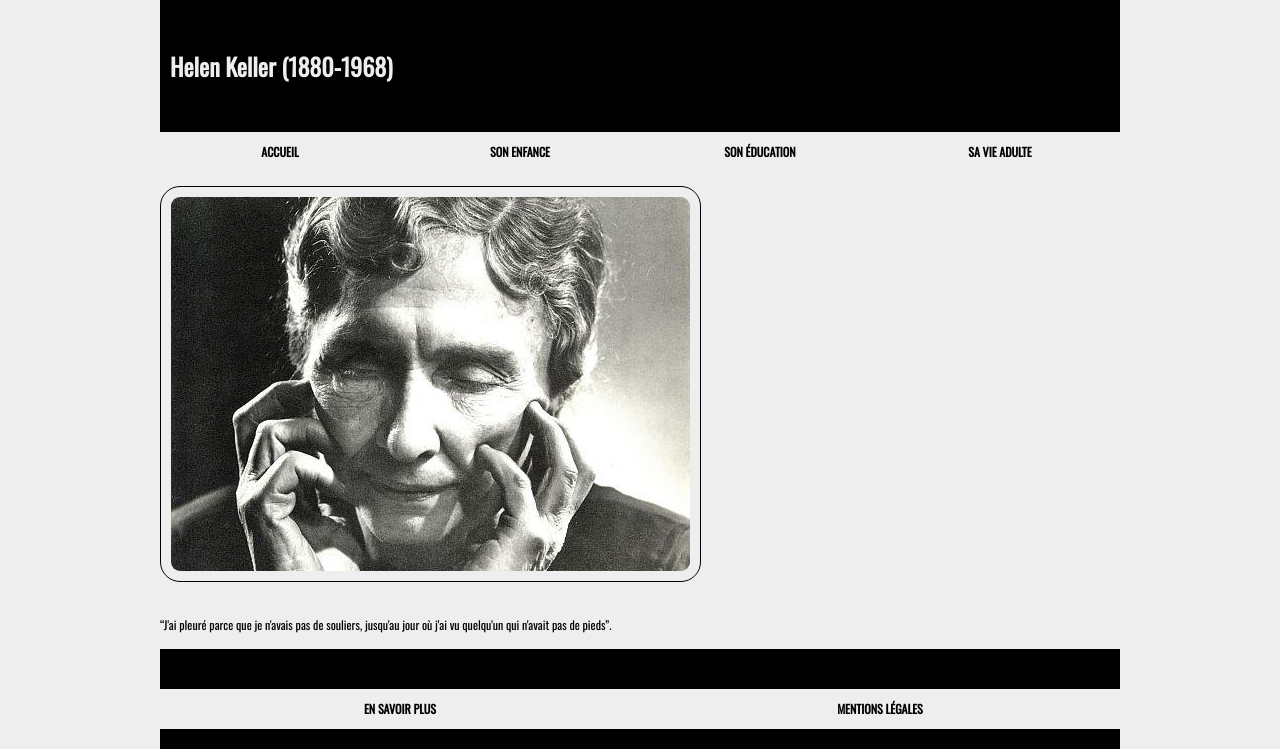
Repository: Luc010/Exercices
Page: HTML CSS/biographie_helen_keller/index.html
An editor plug-in stored every save of this project. The page is shown before and after the next save, followed by the edit.
The browser window is 1280 px wide. The pictures show the whole page.

Above is the page before, as saved 2019-09-04 16:37:51.

### HTML CSS/biographie_helen_keller/index.html
<!DOCTYPE html>
<html lang="fr">
<head>
    <title>Biographie Helen Keller - Accueil</title>
    <meta charset="UTF-8">
    <meta name="viewport" content="width=device-width, initial-scale=1.0">
    <meta http-equiv="X-UA-Compatible" content="ie=edge">
    <link href="style.css" rel="stylesheet">
</head>
<body>
    <header>
        <div class="container">
            <h1>Helen Keller (1880-1968)</h1>
        </div>
    </header>
    <nav>
        <ul>
            <li><a href="index.html">Accueil</a></li>
            <li><a href="enfance.html">Son enfance</a></li>
            <li><a href="education.html">Son éducation</a></li>
            <li><a href="adulte.html">Sa vie adulte</a></li>
        </ul>
    </nav>
    <main>
        <div class="container">
            <p><img src="img/hk.jpg" alt="helen Keller portrait"></p>
            <p>“J'ai pleuré parce que je n'avais pas de souliers, jusqu'au jour où j'ai vu quelqu'un qui n'avait pas de
                pieds”.
            </p>
        </div>
    </main>
    <footer>
        <div class="container">
            <!-- ul>li*5>a{lien$} -->
            <ul>
                <li class="m-foot"><a href="savoirplus.html">En savoir plus</a></li>
                <li class="m-foot"><a href="mentions.html">Mentions légales</a></li>
            </ul>
        </div>
    </footer>
</body>
</html>

### HTML CSS/biographie_helen_keller/style.css
@import url('https://fonts.googleapis.com/css?family=Oswald&display=swap');
body{
    margin: 0;
    padding: 0;
    background-color: #eee;
    font-size: 12px;
    font-family: 'Oswald',corbel,calibri,sans-serif;
}
header, footer{
    background-color: black;
    width: 960px;
    min-height: 100px;
    line-height: 100px;
    margin-left: auto;
    margin-right: auto;
}
h1{
    color: #eee;
    text-indent: 10px;
}
h2{
    color: grey;
    border-bottom: 1px solid black;
}
p{
    /* Pourcentage plus simple à gérer, interligne (utilité: bcp de text) */
    line-height:200%;
}
img{
    border: 1px solid black;
    border-radius: 20px;
    padding: 10px;
}
.container {
    display: flex;
    flex-direction: column;
    width: 960px;
    margin-left: auto;
    margin-right: auto;
}
nav {
    min-height: 40px;
    position: sticky;
    top: 0;
    width: 960px;
    margin-left: auto;
    margin-right: auto;
}
ul, li {
    margin: 0;
    padding: 0;
    list-style: none;
}
ul {
    display: flex;
}
li {
    width: 100%;
    margin-bottom: 2px;
    height: 40px;
    font-weight: bold;
    text-transform: uppercase;
}
a {
    color: black;
    text-decoration: none;
    display: block;
    height: 40px;
    line-height: 40px;
    text-align: center;
    background-color: #eee;
}
a:hover {
    color: white;
    background-color: black;
}
.m-foot{
    margin-top: 40px;
}

After the next save:
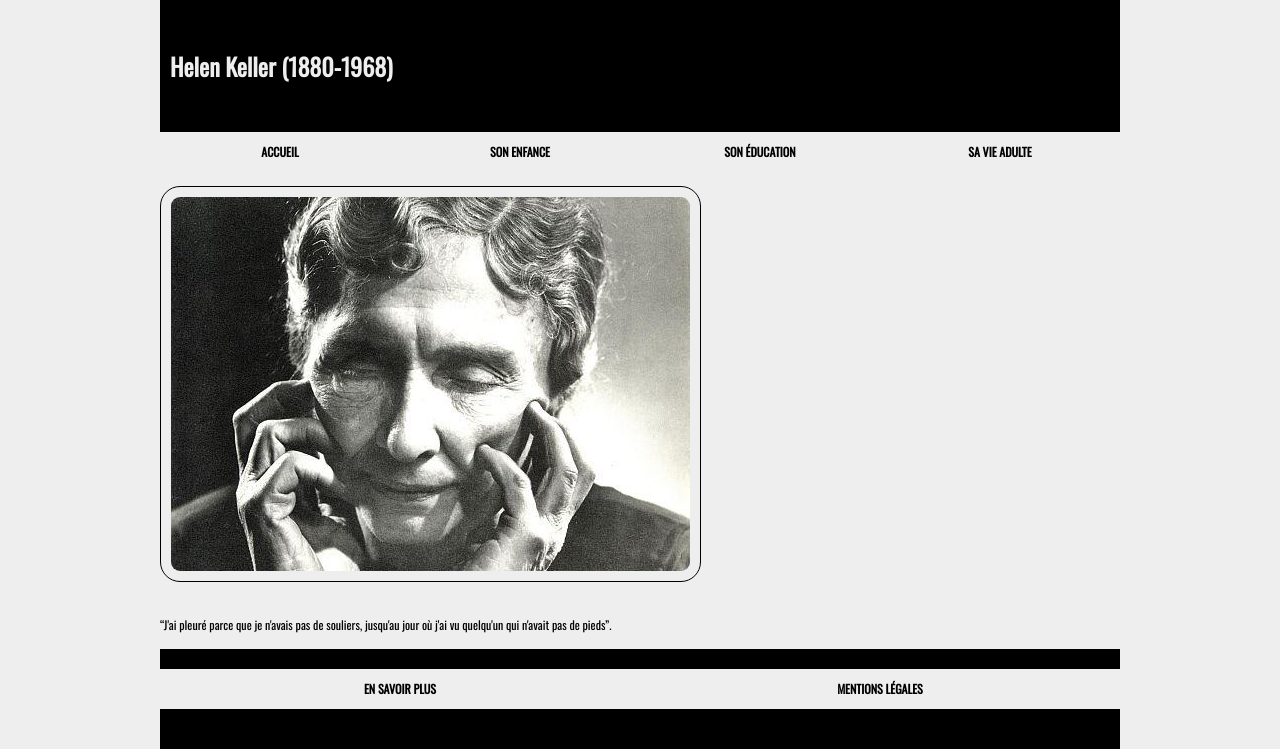
Saved 8 s later.
--- a/HTML CSS/biographie_helen_keller/style.css
+++ b/HTML CSS/biographie_helen_keller/style.css
@@ -75,5 +75,5 @@ a:hover {
     background-color: black;
 }
 .m-foot{
-    margin-top: 40px;
+    margin-top: 20px;
 }
